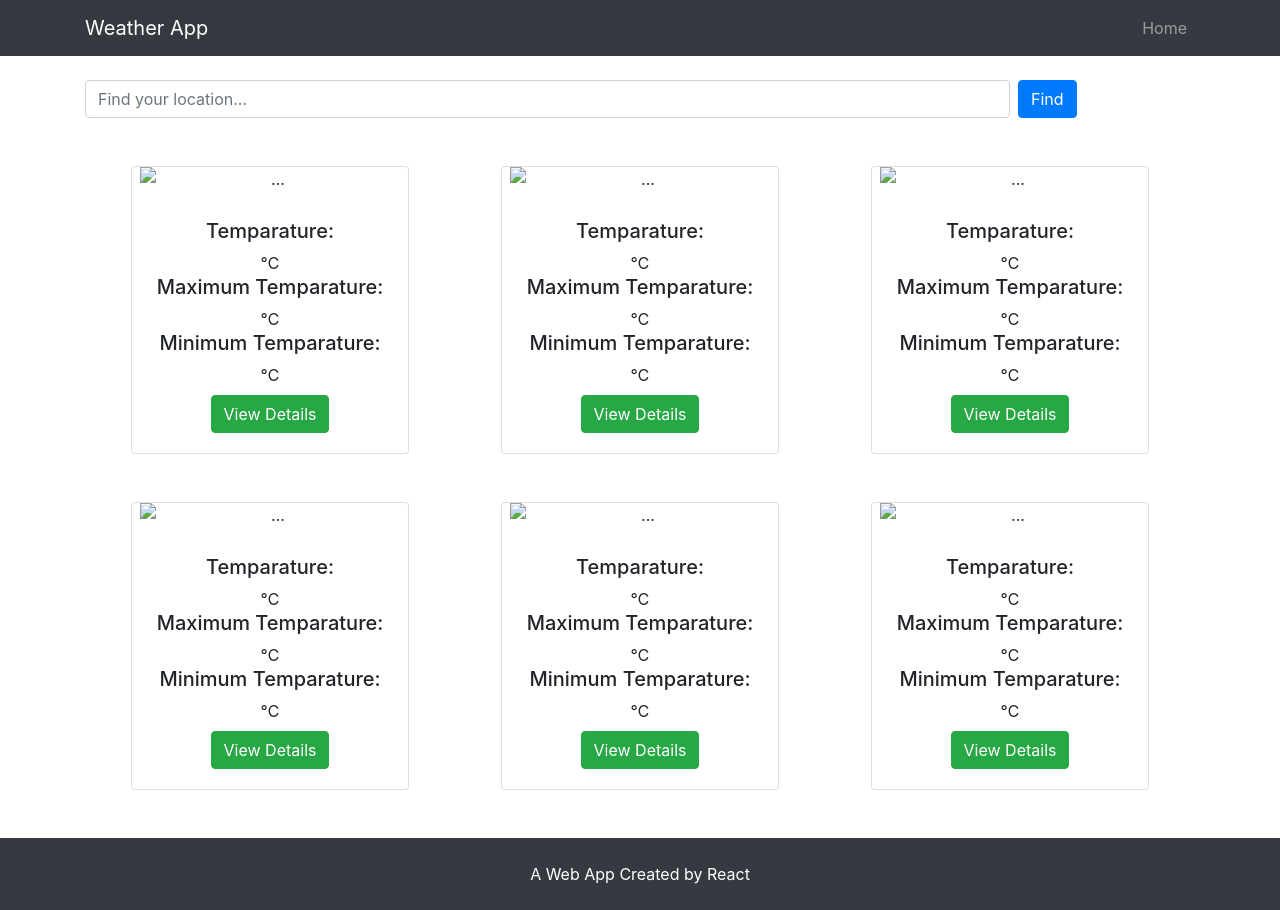
Repository: smk87/weather-app-react
Page: /
The author's editor kept a copy of each file at every save. The page is drawn from the files as they stood at one save, then again after the next save.
The browser window is 1280 px wide. The pictures show the whole page.
The page's requests for data from a server got no answer. Some web libraries are served in a nearby version. The project was rebuilt for these pictures with package versions that can differ from the ones it lists, and the page was loaded fresh each time. A package was used in the major version that the imports need, not the one package.json lists. No one was signed in, and anything a server would have sent is missing.

Above is the page before, as saved 2019-02-06 19:14:36.

### public/index.html
<!DOCTYPE html>
<html lang="en">
  <head>
    <meta charset="utf-8" />
    <link rel="shortcut icon" href="%PUBLIC_URL%/favicon.ico" />
    <meta
      name="viewport"
      content="width=device-width, initial-scale=1, shrink-to-fit=no"
    />
    <meta name="theme-color" content="#000000" />
    <!--
      manifest.json provides metadata used when your web app is added to the
      homescreen on Android. See https://developers.google.com/web/fundamentals/web-app-manifest/
    -->
    <link rel="manifest" href="%PUBLIC_URL%/manifest.json" />
    <link
      rel="stylesheet"
      href="https://stackpath.bootstrapcdn.com/bootstrap/4.2.1/css/bootstrap.min.css"
      integrity="sha384-GJzZqFGwb1QTTN6wy59ffF1BuGJpLSa9DkKMp0DgiMDm4iYMj70gZWKYbI706tWS"
      crossorigin="anonymous"
    />
    <script
      defer
      src="https://use.fontawesome.com/releases/v5.6.3/js/all.js"
      integrity="sha384-EIHISlAOj4zgYieurP0SdoiBYfGJKkgWedPHH4jCzpCXLmzVsw1ouK59MuUtP4a1"
      crossorigin="anonymous"
    ></script>
    <!--
      Notice the use of %PUBLIC_URL% in the tags above.
      It will be replaced with the URL of the `public` folder during the build.
      Only files inside the `public` folder can be referenced from the HTML.

      Unlike "/favicon.ico" or "favicon.ico", "%PUBLIC_URL%/favicon.ico" will
      work correctly both with client-side routing and a non-root public URL.
      Learn how to configure a non-root public URL by running `npm run build`.
    -->
    <title>React App</title>
  </head>
  <body>
    <noscript>You need to enable JavaScript to run this app.</noscript>
    <div id="root"></div>
    <!--
      This HTML file is a template.
      If you open it directly in the browser, you will see an empty page.

      You can add webfonts, meta tags, or analytics to this file.
      The build step will place the bundled scripts into the <body> tag.

      To begin the development, run `npm start` or `yarn start`.
      To create a production bundle, use `npm run build` or `yarn build`.
    -->

    <script
      src="https://code.jquery.com/jquery-3.3.1.slim.min.js"
      integrity="sha384-q8i/X+965DzO0rT7abK41JStQIAqVgRVzpbzo5smXKp4YfRvH+8abtTE1Pi6jizo"
      crossorigin="anonymous"
    ></script>
    <script
      src="https://cdnjs.cloudflare.com/ajax/libs/popper.js/1.14.6/umd/popper.min.js"
      integrity="sha384-wHAiFfRlMFy6i5SRaxvfOCifBUQy1xHdJ/yoi7FRNXMRBu5WHdZYu1hA6ZOblgut"
      crossorigin="anonymous"
    ></script>
    <script
      src="https://stackpath.bootstrapcdn.com/bootstrap/4.2.1/js/bootstrap.min.js"
      integrity="sha384-B0UglyR+jN6CkvvICOB2joaf5I4l3gm9GU6Hc1og6Ls7i6U/mkkaduKaBhlAXv9k"
      crossorigin="anonymous"
    ></script>
  </body>
</html>

### src/App.js
import React, { Component } from "react";
import { BrowserRouter as Router, Route, Switch } from "react-router-dom";
import logo from "./logo.svg";
import "./App.css";

//Import Layout Components
import NavBar from "./components/NavBar";
import Footer from "./components/Footer";
import Home from "./components/Home";

class App extends Component {
  render() {
    return (
      <Router>
        <div className="App">
          <NavBar />
          <Route exact path="/" component={Home} />
          <Footer />
        </div>
      </Router>
    );
  }
}

export default App;

### src/components/NavBar.js
import React, { Component } from "react";
import { Link } from "react-router-dom";

export default class NavBar extends Component {
  render() {
    return (
      <div>
        <nav className="navbar navbar-expand-sm navbar-dark bg-dark mb-4">
          <div className="container">
            <Link className="navbar-brand" to="/">
              Weather App
            </Link>
            <button
              className="navbar-toggler"
              type="button"
              data-toggle="collapse"
              data-target="#mobile-nav"
            >
              <span className="navbar-toggler-icon" />
            </button>

            <div className="collapse navbar-collapse" id="mobile-nav">
              <ul className="navbar-nav mr-auto" />
              <ul className="navbar-nav ml-auto">
                <li className="nav-item">
                  <Link className="nav-link" to="/">
                    Home
                  </Link>
                </li>
              </ul>
            </div>
          </div>
        </nav>
      </div>
    );
  }
}

### src/components/Footer.js
import React from "react";

export default function Footer() {
  return (
    <footer className="bg-dark text-white mt-5 p-4 text-center">
      A Web App Created by React
    </footer>
  );
}

### src/components/Home.js
import React, { Component } from "react";
import { Link } from "react-router-dom";
import Weather from "./Weather";

export default class Home extends Component {
  constructor() {
    super();

    this.state = {
      search: ""
    };
  }
  onChange = e => {
    this.setState({
      [e.target.name]: e.target.value
    });
  };
  onSubmit = e => {
    e.preventDefault();
    console.log(this.state);
  };

  render() {
    return (
      <div>
        <div className="container">
          <form onSubmit={this.onSubmit} action="#" className="form-inline">
            <input
              type="text"
              name="search"
              className="form-control col-md-10"
              placeholder="Find your location..."
              value={this.state.search}
              onChange={this.onChange}
            />
            <input
              type="submit"
              className="ml-2 btn btn-primary"
              value="Find"
            />
          </form>

          <form className="form-inline">
            <Weather id="2344116" />
            <Weather id="638242" />
            <Weather id="44418" />
          </form>
          <form className="form-inline">
            <Weather id="565346" />
            <Weather id="560743" />
            <Weather id="9807" />
          </form>
        </div>
      </div>
    );
  }
}

### src/components/Weather.js
import React, { Component } from "react";
import axios from "axios";
import { Link } from "react-router-dom";

export default class Weather extends Component {
  constructor() {
    super();

    this.state = {
      cityname: "",
      id: "",
      temp: "",
      maxtemp: "",
      mintemp: "",
      logo: ""
    };
  }

  componentWillMount() {
    this.setState({ id: this.props.id });

    const url = `weather/weather.php?command=location&woeid=${this.props.id}`;
    // console.log(url);
    axios
      .get(url) //Used proxy to connect with local wamp server
      .then(res => {
        console.log(res.data);

        switch (res.data.consolidated_weather[0].weather_state_name) {
          case "Snow":
            this.setState({
              logo: "https://www.metaweather.com/static/img/weather/sn.svg"
            });
            break;
          case "Sleet":
            this.setState({
              logo: "https://www.metaweather.com/static/img/weather/sl.svg"
            });
            break;
          case "Hail":
            this.setState({
              logo: "https://www.metaweather.com/static/img/weather/h.svg"
            });
            break;
          case "Thunderstorm":
            this.setState({
              logo: "https://www.metaweather.com/static/img/weather/t.svg"
            });
            break;
          case "Heavy Rain":
            this.setState({
              logo: "https://www.metaweather.com/static/img/weather/hr.svg"
            });
            break;
          case "Light Rain":
            this.setState({
              logo: `https://www.metaweather.com/static/img/weather/lr.svg`
            });
            break;
          case "Showers":
            this.setState({
              logo: "https://www.metaweather.com/static/img/weather/s.svg"
            });
            break;
          case "Heavy Cloud":
            this.setState({
              logo: "https://www.metaweather.com/static/img/weather/hc.svg"
            });
            break;
          case "Light Cloud":
            this.setState({
              logo: "https://www.metaweather.com/static/img/weather/lc.svg"
            });
            break;
          case "Clear":
            this.setState({
              logo: "https://www.metaweather.com/static/img/weather/c.svg"
            });
            break;
        }
        this.setState({
          cityname: res.data.title,
          temp: res.data.consolidated_weather[0].the_temp.toPrecision(3),
          maxtemp: res.data.consolidated_weather[0].max_temp.toPrecision(3),
          mintemp: res.data.consolidated_weather[0].min_temp.toPrecision(3)
        });
      })
      .catch(err => console.log(err));
  }

  render() {
    return (
      <div className=" mt-5 mx-auto h-50 w-25 card">
        <img
          src={this.state.logo}
          className="card-img-top pl-2 pr-2"
          alt="..."
        />
        <div className="card-body">
          <div className="card-text">
            <h2>{this.state.cityname}</h2>
          </div>
          <div className="card-text">
            <h5>Temparature: </h5> {this.state.temp}
            <span>&#8451;</span>
          </div>
          <div className="card-text">
            {" "}
            <h5>Maximum Temparature: </h5> {this.state.maxtemp}
            <span>&#8451;</span>
          </div>
          <div className="card-text">
            {" "}
            <h5>Minimum Temparature: </h5>
            {this.state.mintemp}
            <span>&#8451;</span>
          </div>

          <input
            type="submit"
            className="mt-2 btn btn-success"
            value="View Details"
          />
        </div>
      </div>
    );
  }
}

Loaded but not shown: src/index.js (common file); src/index.css (common file); src/serviceWorker.js (common file); src/App.css (common file)

After the next save:
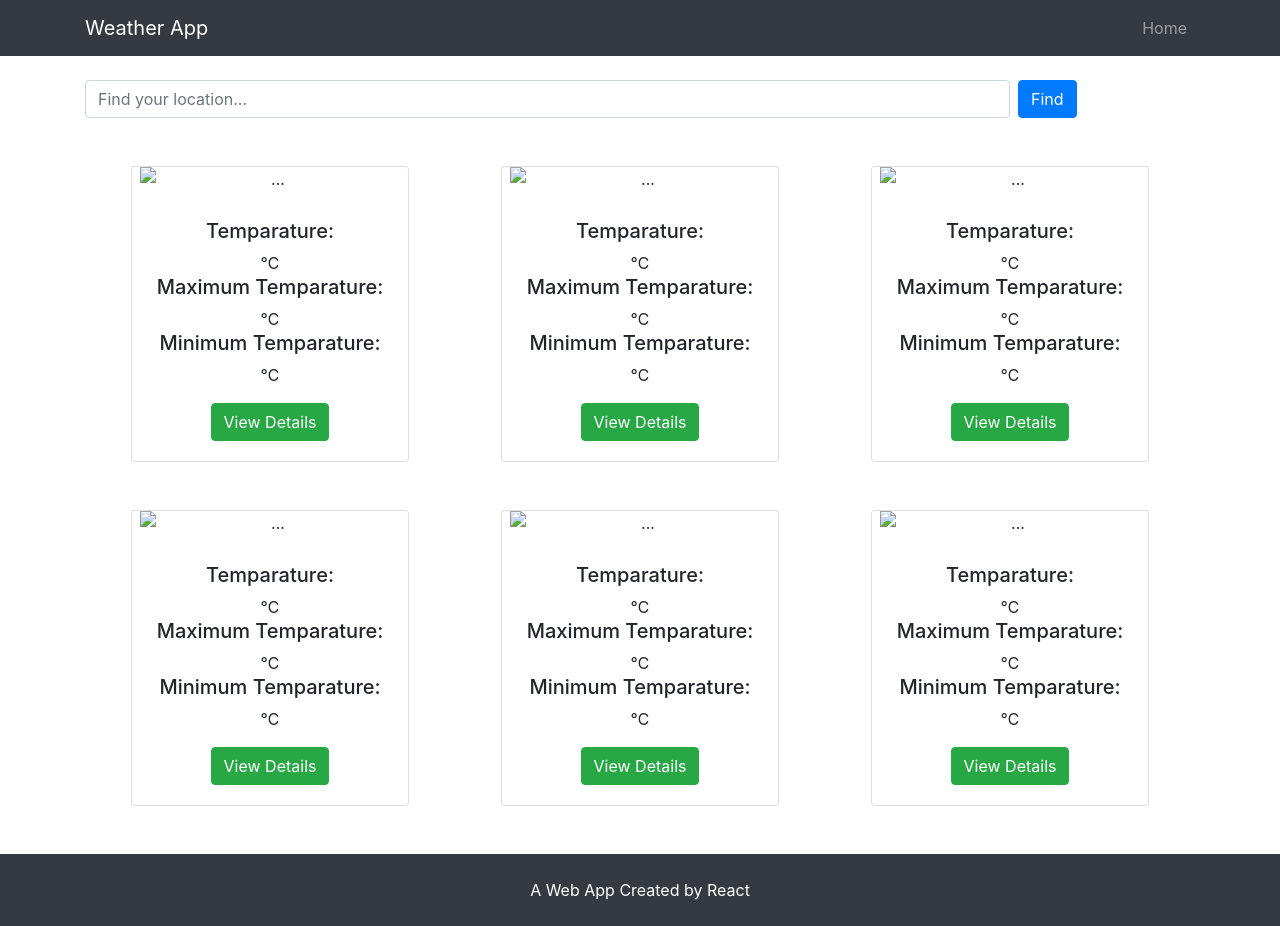
Saved 17 s later.
--- a/src/components/Weather.js
+++ b/src/components/Weather.js
@@ -118,7 +118,7 @@ export default class Weather extends Component {
 
           <input
             type="submit"
-            className="mt-2 btn btn-success"
+            className="mt-3 btn btn-success"
             value="View Details"
           />
         </div>
